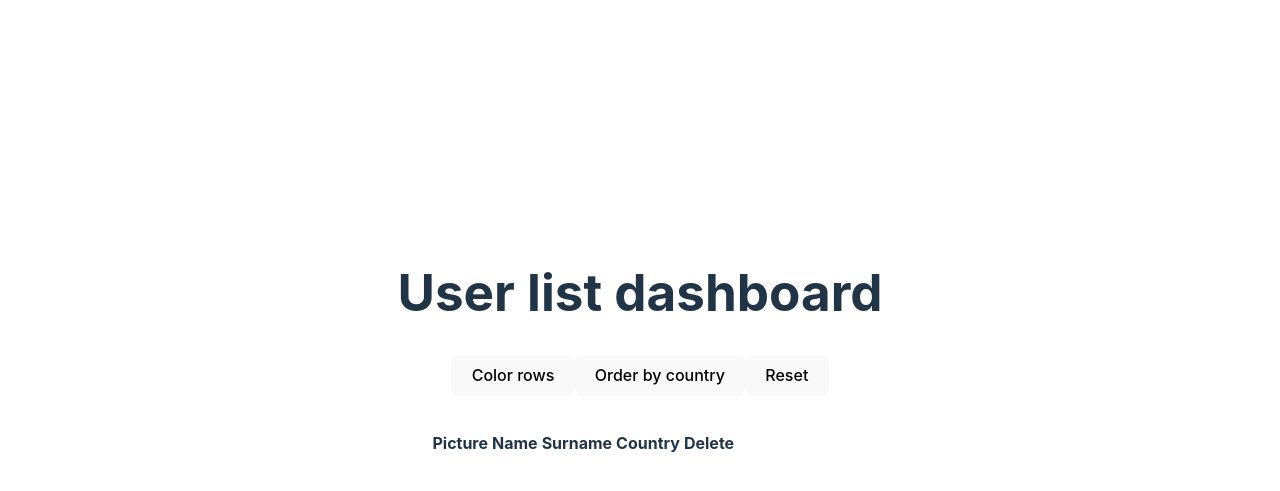
Repository: atzin-escandia/react-typescript-users-dashboard
Page: /
The author's editor kept a copy of each file at every save. The page is drawn from the files as they stood at one save, then again after the next save.
The browser window is 1280 px wide. The pictures show the whole page.
The page's requests for data from a server got no answer. The project was rebuilt for these pictures with package versions that can differ from the ones it lists, and the page was loaded fresh each time. No one was signed in, and anything a server would have sent is missing. Also part of the build but not shown: vite.config.ts.

Above is the page before, as saved 2023-10-08 22:14:52.

### src/App.tsx
import { useEffect, useState } from "react";
import "./App.css";
import UsersList from "./components/UsersList";

const API_URL = "https://randomuser.me/api/?results=10";
function App() {
  const [users, setUsers] = useState([]);
  const [reset, setReset] = useState(false);

  useEffect(() => {
    fetch(API_URL)
      .then((res) => res.json())
      .then((res) => setUsers(res.results));
  }, []);

  const colorizeRows = () => {};

  return (
    <>
      <h1>User list dashboard</h1>
      <section>
        <button onClick={() => colorizeRows}>Color rows</button>
        <button>Order by country</button>
        <button onClick={() => setReset(true)}>Reset</button>
      </section>

      <section className="card">
        {users && <UsersList users={users} reset={reset}></UsersList>}
      </section>
    </>
  );
}

export default App;

### src/components/UsersList.tsx
import { User } from "../types.d";

const UsersList = ({ users }) => {
  const TABLE_HEADER = ["Picture", "Name", "Surname", "Country", "Delete"];

  const UserRow = ({ user, color }) => {
    const { picture, name, location } = user;

    // console.log(picture);

    return (
      <tr style={{ backgroundColor: color && "black" }}>
        <td>{<img src={picture.thumbnail} alt="Thumbnail user" />}</td>
        <td>{name.first}</td>
        <td>{name.last}</td>
        <td>{location.country}</td>
        <td>
          <button>Remove</button>
        </td>
      </tr>
    );
  };

  return (
    <div>
      <table>
        <thead>
          <tr>
            {TABLE_HEADER.map((title: string, index: number) => (
              <th key={index}>{title}</th>
            ))}
          </tr>
        </thead>
        <tbody>
          {users.map((user: User, index: number) => (
            <UserRow key={index} user={user} color={true} />
          ))}
        </tbody>
      </table>
    </div>
  );
};

export default UsersList;

Loaded but not shown: index.html (common file); src/main.tsx (common file); src/index.css (common file); src/App.css (common file)

After the next save:
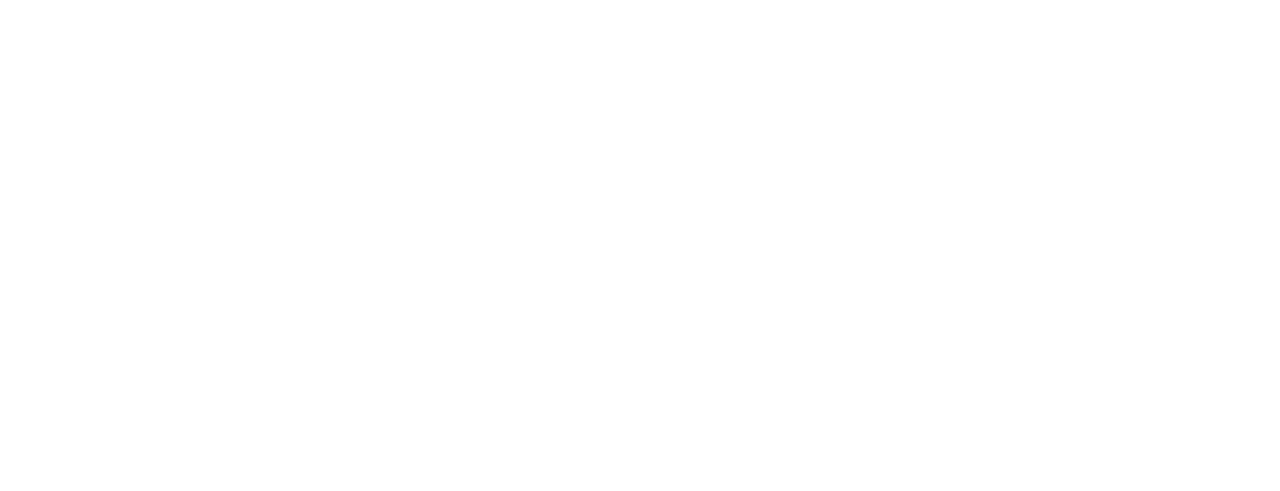
Console error: TypeError: Cannot read properties of undefined (reading 'map')
Saved 106 s later.
--- a/src/components/UsersList.tsx
+++ b/src/components/UsersList.tsx
@@ -1,6 +1,10 @@
+import { useState } from "react";
 import { User } from "../types.d";
 
-const UsersList = ({ users }) => {
+const UsersList = ({ allUsers }) => {
+  const initialState = allUsers;
+  const [users, setUsers] = useState(initialState);
+
   const TABLE_HEADER = ["Picture", "Name", "Surname", "Country", "Delete"];
 
   const UserRow = ({ user, color }) => {

After the 3 saves that followed:
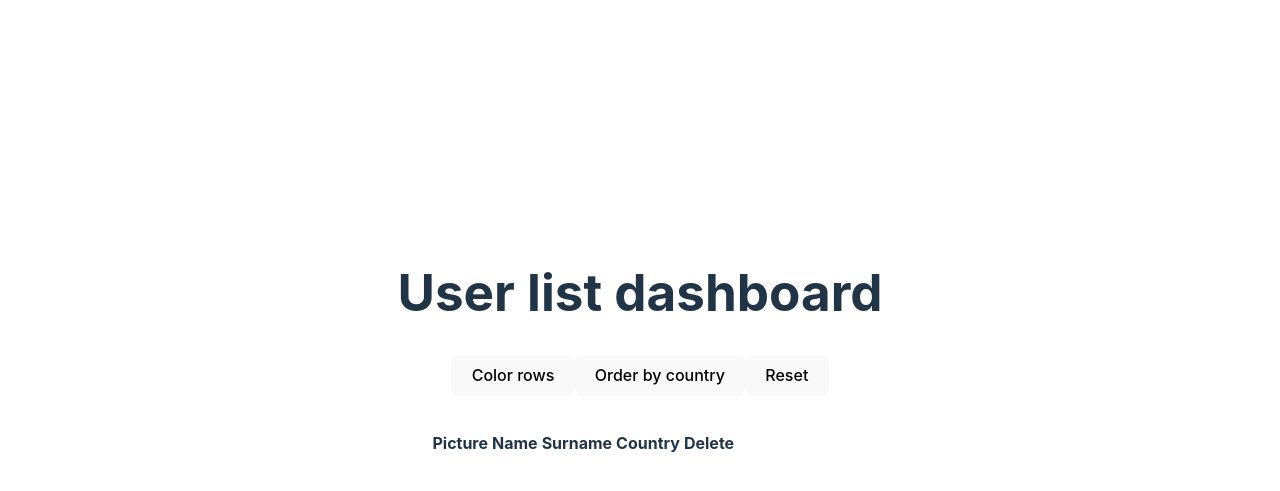
The error is gone.
The 3 saves are shown as one change because 1 left the picture as it was and some came seconds apart.
The last was saved 22 s later.
--- a/src/App.tsx
+++ b/src/App.tsx
@@ -25,7 +25,7 @@
       </section>
 
       <section className="card">
-        {users && <UsersList users={users} reset={reset}></UsersList>}
+        {users && <UsersList allUsers={users} reset={reset}></UsersList>}
       </section>
     </>
   );
